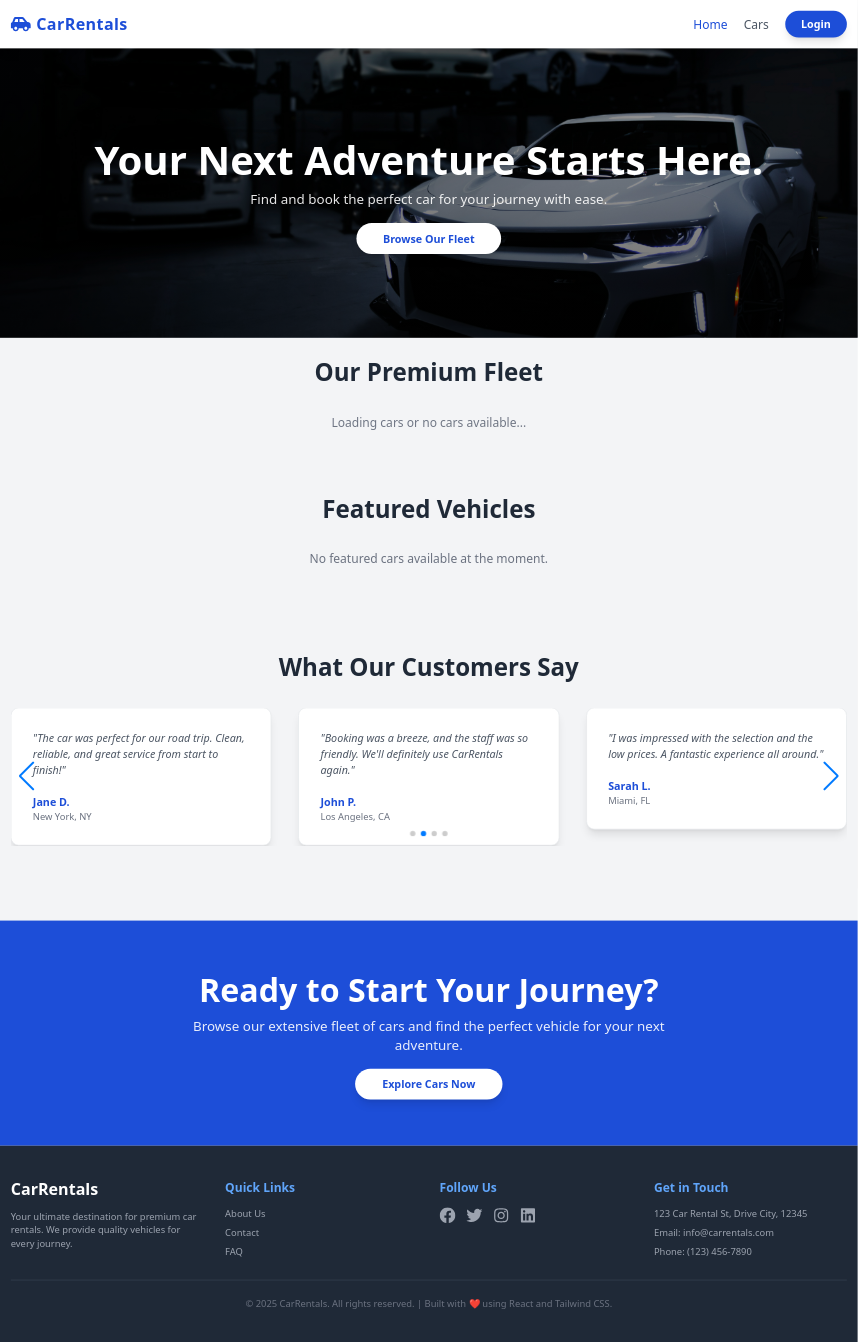
Repository: Daehy-peels/car-rental-app
Page: / (app in client/)
An editor plug-in stored every save of this project. The page is shown before and after the next save, followed by the edit.
The browser window is 1280 px wide. The pictures show the whole page, at 67% of full size.
The page's requests for data from a server got no answer. The project was rebuilt for these pictures with package versions that can differ from the ones it lists, and the page was loaded fresh each time. No one was signed in, and anything a server would have sent is missing. Also part of the build but not shown: client/vite.config.js, client/src/components/CarCard.jsx, client/src/components/CarDetail.jsx, client/src/components/UserList.jsx, client/src/components/CarList.jsx, client/src/components/AddCarForm.jsx, client/src/components/BookingList.jsx, client/src/pages/AdminDashboard.jsx and 5 more.

Above is the page before, as saved 2025-08-24 11:06:53.

After the next save:
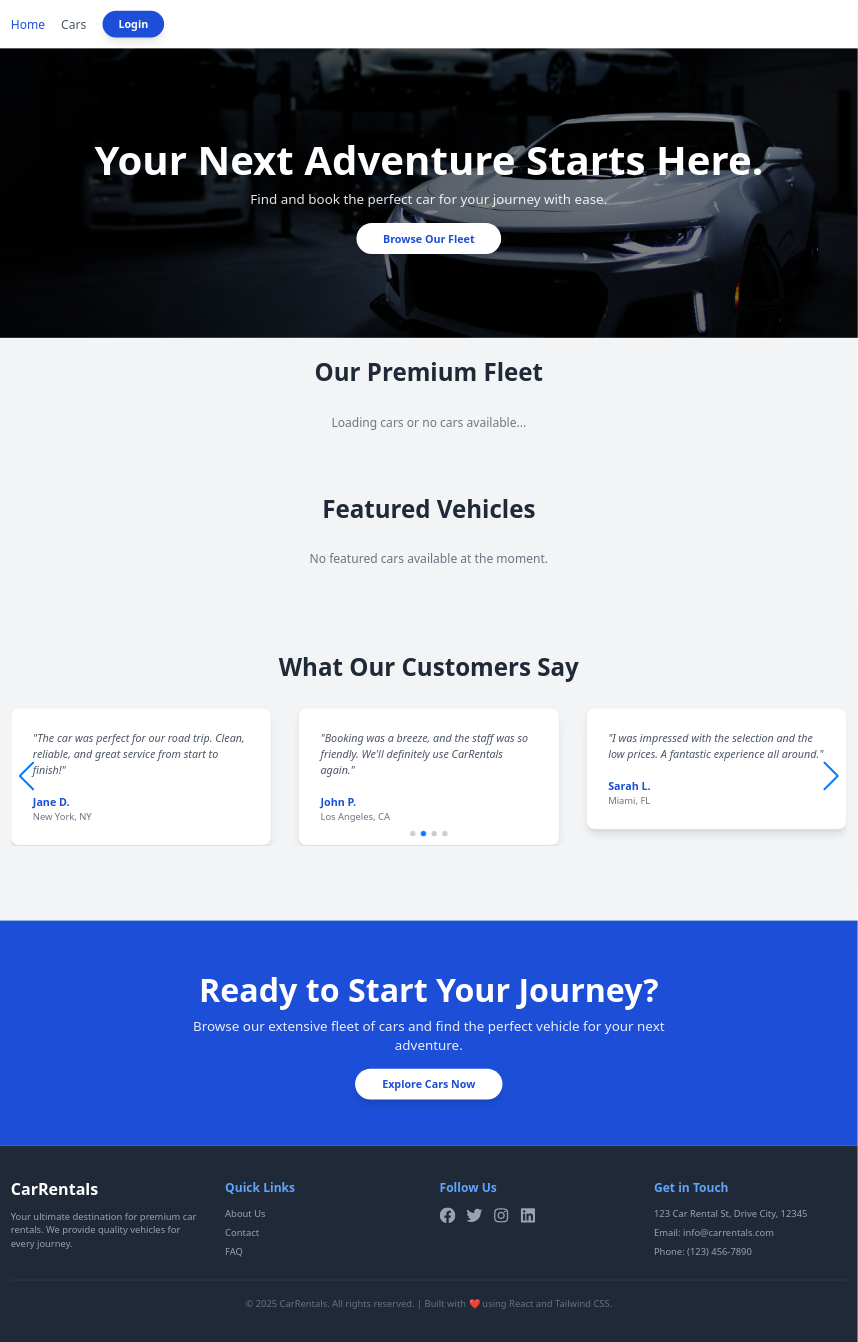
Saved 79 s later.
--- a/client/src/components/Navbar.jsx
+++ b/client/src/components/Navbar.jsx
@@ -13,13 +13,7 @@
   return (
     <nav className="bg-white shadow-lg animate-fade-in-down z-50 relative">
       <div className="container mx-auto px-4 py-4 flex justify-between items-center">
-        {/* Logo and App Name */}
-        <div className="flex items-center space-x-2">
-          <FaCarSide className="text-primary text-3xl" />
-          <div className="text-2xl font-bold text-primary tracking-wide">
-            CarRentals
-          </div>
-        </div>
+        {/* ... (existing logo and links) */}
 
         {/* Desktop Navigation Links */}
         <div className="hidden md:flex items-center space-x-6">
@@ -45,9 +39,24 @@
             Cars
             <span className="absolute bottom-0 left-0 w-full h-0.5 bg-primary transform scale-x-0 group-hover:scale-x-100 transition-transform duration-300"></span>
           </NavLink>
+          {/* Add this new link */}
+          {currentUser && (
+            <NavLink
+              to="/profile"
+              className={({ isActive }) =>
+                `text-gray-600 hover:text-primary transition-colors text-lg font-medium relative group ${
+                  isActive ? "font-bold text-primary" : ""
+                }`
+              }
+            >
+              Profile
+              <span className="absolute bottom-0 left-0 w-full h-0.5 bg-primary transform scale-x-0 group-hover:scale-x-100 transition-transform duration-300"></span>
+            </NavLink>
+          )}
 
           {/* Conditional rendering based on user login status */}
           {currentUser ? (
+            // ... (existing user section)
             <div className="flex items-center space-x-4">
               <span className="text-lg font-semibold text-text">
                 Hi, {currentUser.username}
@@ -60,6 +69,7 @@
               </button>
             </div>
           ) : (
+            // ... (existing login button)
             <button
               onClick={onAuthClick}
               className="bg-primary text-white hover:bg-secondary px-6 py-2 rounded-full font-semibold transition-all duration-300 shadow-lg transform hover:scale-105"

After the save that followed:
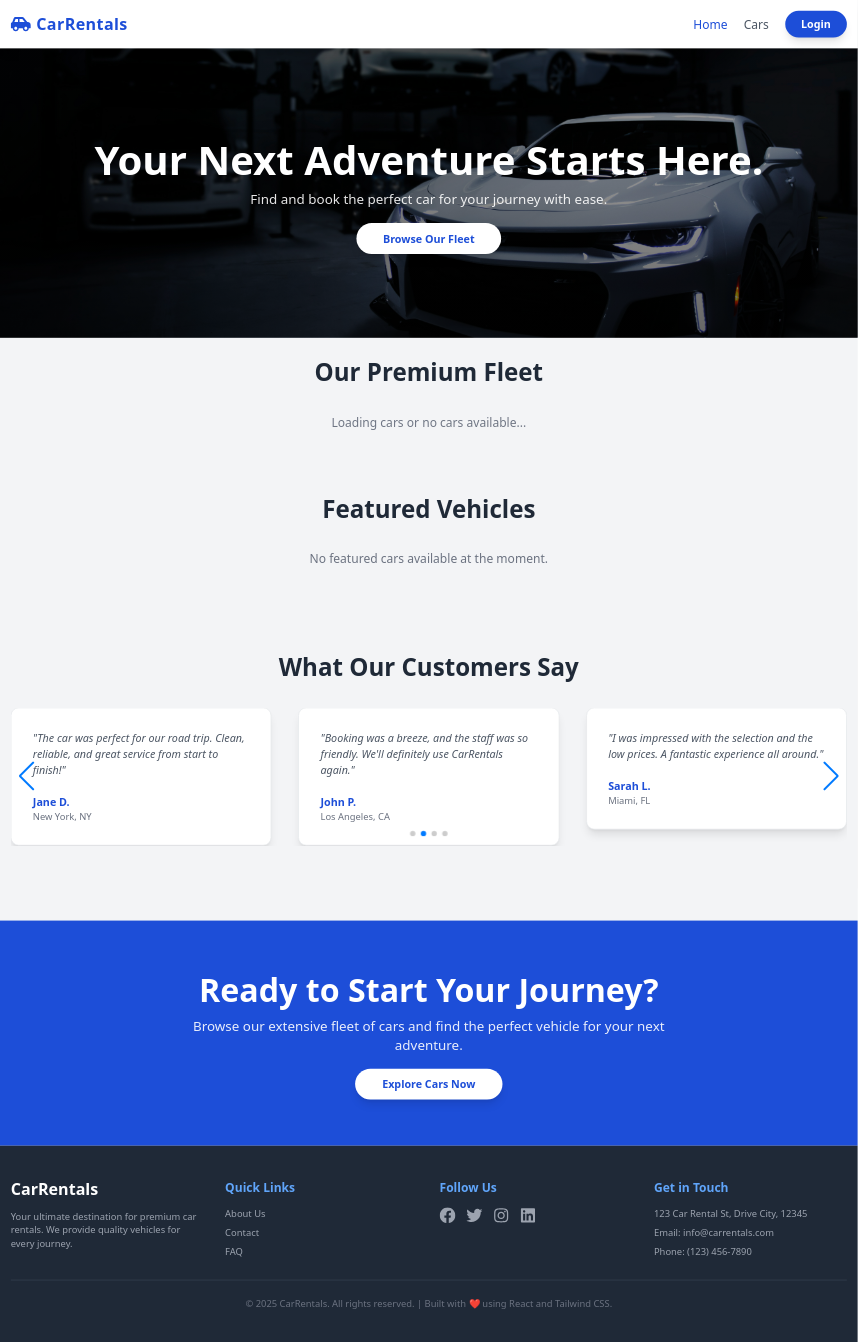
Saved 17 s later.
--- a/client/src/components/Navbar.jsx
+++ b/client/src/components/Navbar.jsx
@@ -13,7 +13,13 @@
   return (
     <nav className="bg-white shadow-lg animate-fade-in-down z-50 relative">
       <div className="container mx-auto px-4 py-4 flex justify-between items-center">
-        {/* ... (existing logo and links) */}
+        {/* Logo and App Name */}
+        <div className="flex items-center space-x-2">
+          <FaCarSide className="text-primary text-3xl" />
+          <div className="text-2xl font-bold text-primary tracking-wide">
+            CarRentals
+          </div>
+        </div>
 
         {/* Desktop Navigation Links */}
         <div className="hidden md:flex items-center space-x-6">
@@ -39,24 +45,9 @@
             Cars
             <span className="absolute bottom-0 left-0 w-full h-0.5 bg-primary transform scale-x-0 group-hover:scale-x-100 transition-transform duration-300"></span>
           </NavLink>
-          {/* Add this new link */}
-          {currentUser && (
-            <NavLink
-              to="/profile"
-              className={({ isActive }) =>
-                `text-gray-600 hover:text-primary transition-colors text-lg font-medium relative group ${
-                  isActive ? "font-bold text-primary" : ""
-                }`
-              }
-            >
-              Profile
-              <span className="absolute bottom-0 left-0 w-full h-0.5 bg-primary transform scale-x-0 group-hover:scale-x-100 transition-transform duration-300"></span>
-            </NavLink>
-          )}
 
           {/* Conditional rendering based on user login status */}
           {currentUser ? (
-            // ... (existing user section)
             <div className="flex items-center space-x-4">
               <span className="text-lg font-semibold text-text">
                 Hi, {currentUser.username}
@@ -69,7 +60,6 @@
               </button>
             </div>
           ) : (
-            // ... (existing login button)
             <button
               onClick={onAuthClick}
               className="bg-primary text-white hover:bg-secondary px-6 py-2 rounded-full font-semibold transition-all duration-300 shadow-lg transform hover:scale-105"
